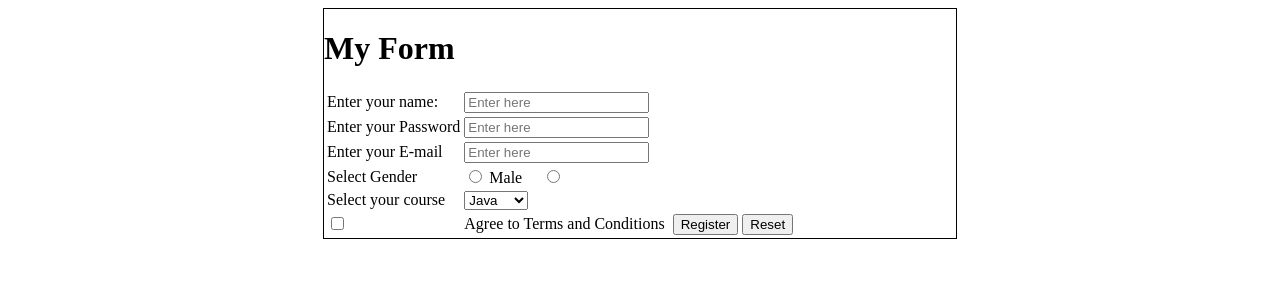
Repository: Amit7Akt/EJB
Page: FormSubmission/src/main/webapp/index.html
An editor plug-in stored every save of this project. The page is shown before and after the next save, followed by the edit.
The browser window is 1280 px wide. The pictures show the whole page.

Above is the page before, as saved 2022-11-22 06:42:11.

After the next save:
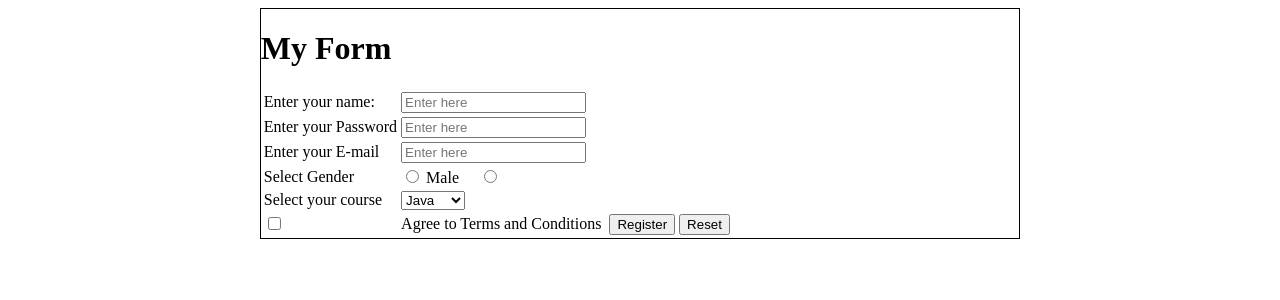
Saved 13 s later.
--- a/FormSubmission/src/main/webapp/index.html
+++ b/FormSubmission/src/main/webapp/index.html
@@ -5,7 +5,7 @@
 		<title>Form Page</title>
 		<style type="text/css">
 			.container{
-				width: 50%;
+				width: 60%;
 				border : 1px solid black;
 				margin: auto;
 				}
